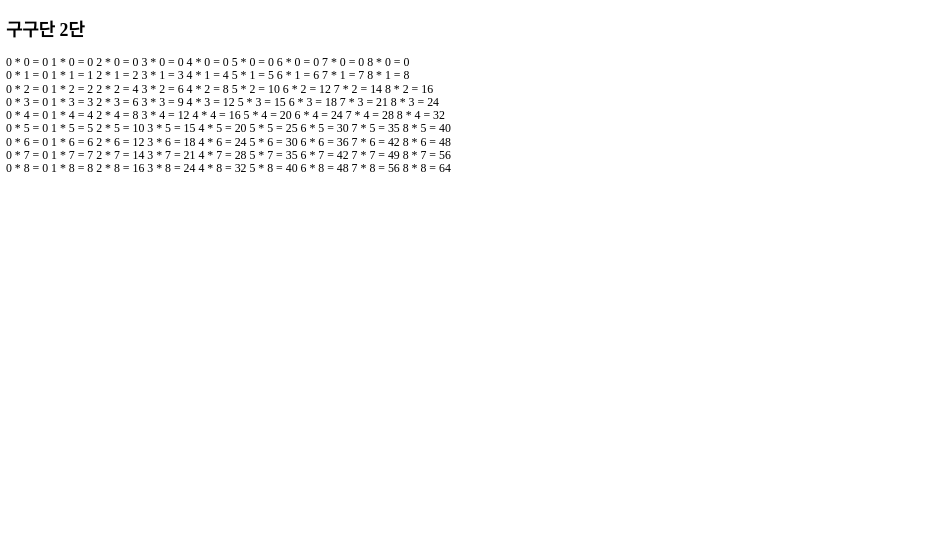
Repository: poiup/jsp_practice
Page: http://localhost/20210128/jspTag/Scriptlet.jsp
These files come from the project's save history. The page is drawn as it stood at one moment and after the next save; the edit follows.
The browser window is 1280 px wide. The pictures show the whole page, at 74% of full size.
The page is served by Tomcat 9.

Above is the page before, as saved 2022-01-28 02:44:43.

### 20210128/src/main/webapp/jspTag/Scriptlet.jsp
<%@ page language="java" contentType="text/html; charset=UTF-8"
    pageEncoding="UTF-8"%>
<!DOCTYPE html>
<html>
<head>
<meta charset="UTF-8">
<title>Insert title here</title>
</head>
<body>
	<!-- 하단에 구구닫ㄴ 코드를 작성해주세요
	System.out.println() 이 괄호내 구문에 콘솔이 찍히게 해줫다면
	out.println()은 html화면에 괄호 내 구문을 콘솔에 찍히게 해줍니다.
	(javascript의 document.write()와 같은역활 -->
	<h2>구구단 2단</h2>
	<% for(int i = 0; i< 9; i++){
		for(int j = 0; j< 9; j++){
		out.println(j + " * " + i + " = " + j*i);
		}

	%></br><%
	}%>
</body>
</html>

After the next save:
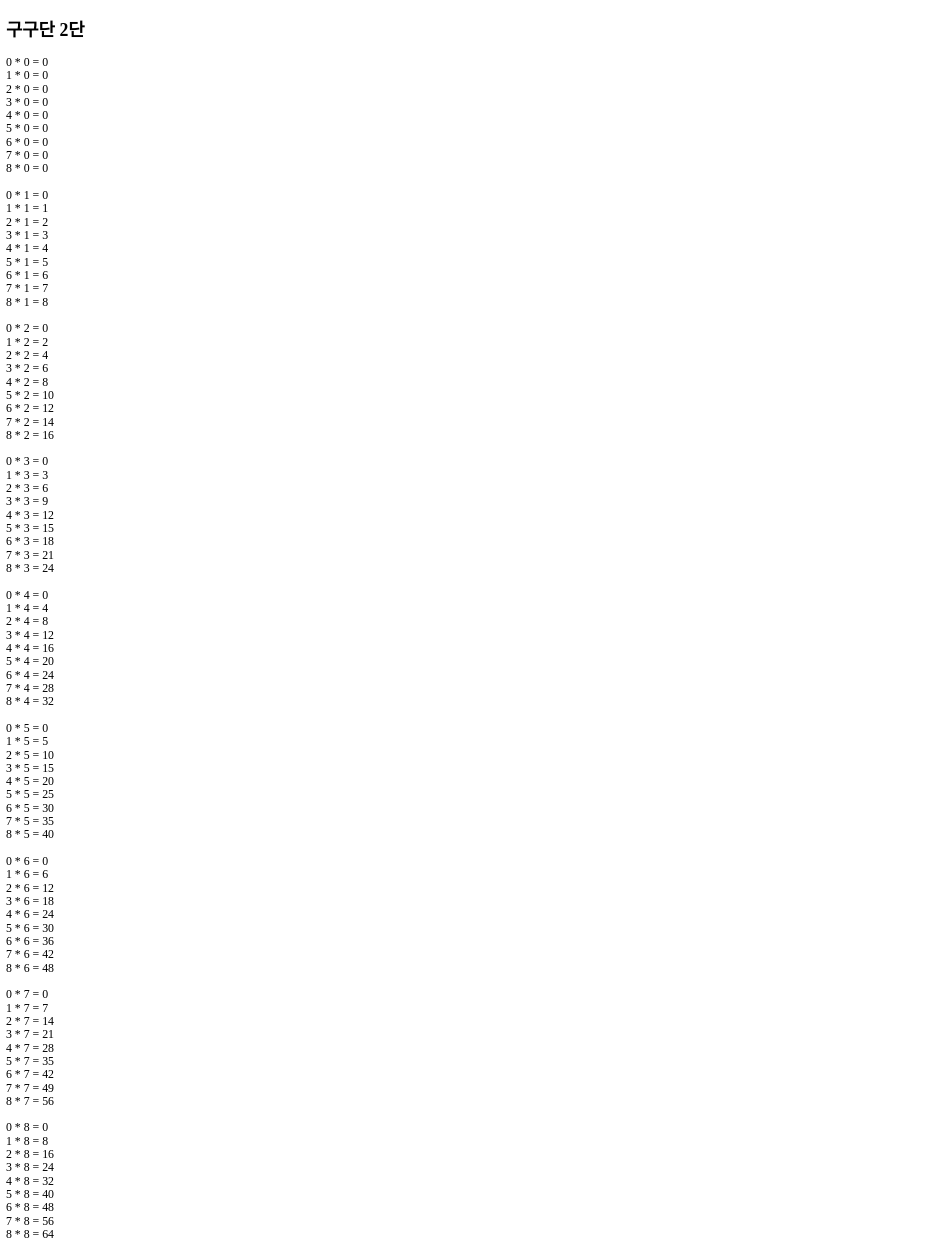
Saved 14 s later.
--- a/20210128/src/main/webapp/jspTag/Scriptlet.jsp
+++ b/20210128/src/main/webapp/jspTag/Scriptlet.jsp
@@ -15,8 +15,8 @@
 	<% for(int i = 0; i< 9; i++){
 		for(int j = 0; j< 9; j++){
 		out.println(j + " * " + i + " = " + j*i);
+	%></br><%
 		}
-
 	%></br><%
 	}%>
 </body>
